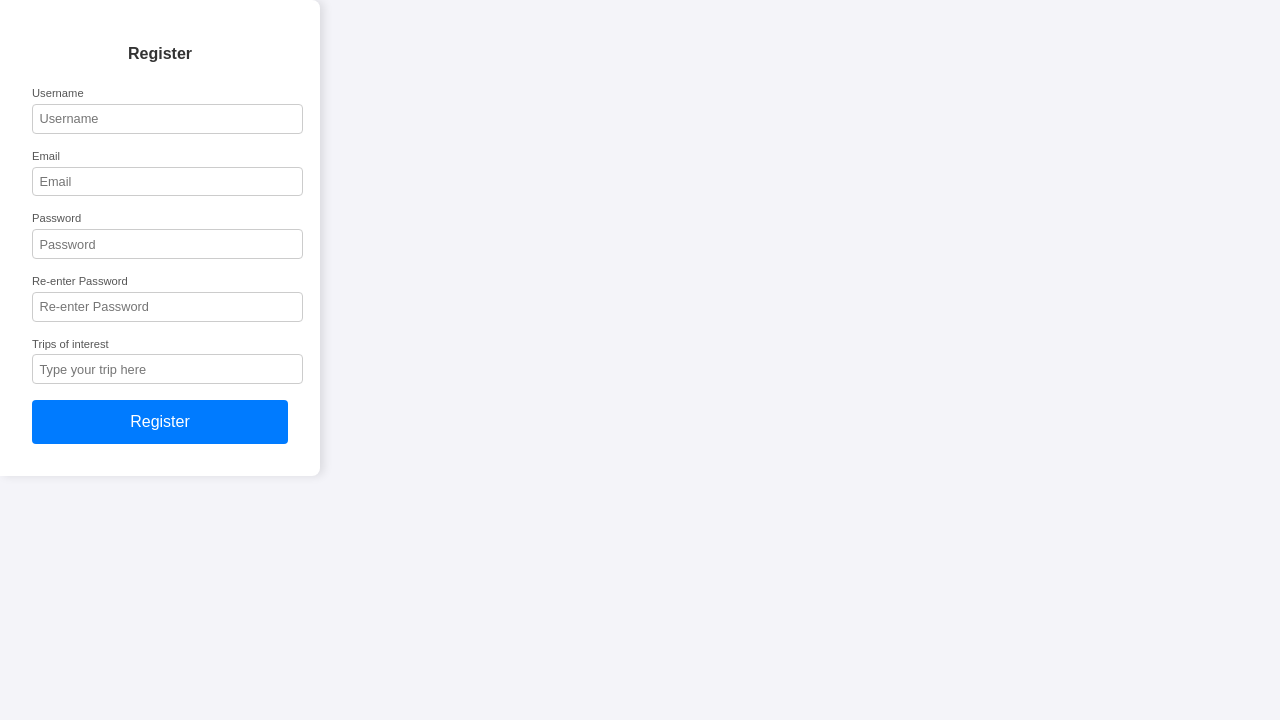
Repository: Nuttawut-Amattong/outtrip
Page: /register (app in OutTrip/)
These files come from the project's save history. The page is drawn as it stood at one moment and after the next save; the edit follows.
The browser window is 1280 px wide. The pictures show the whole page.
The project was rebuilt for these pictures with package versions that can differ from the ones it lists, and the page was loaded fresh each time. Also part of the build but not shown: OutTrip/vite.config.js, OutTrip/src/pages/Login.jsx, OutTrip/src/pages/Forgetpass.jsx.

Above is the page before, as saved 2025-05-19 00:55:24.

After the next save:
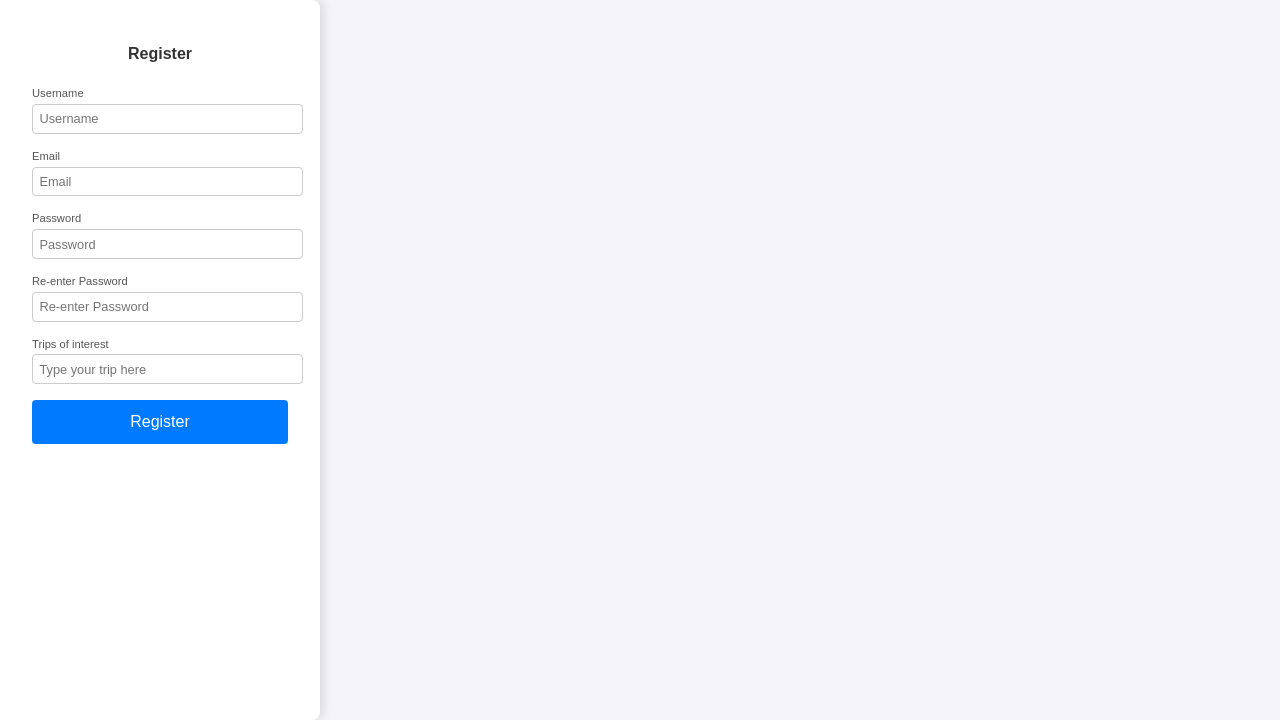
Saved 27 s later.
--- a/OutTrip/src/CSS/register.css
+++ b/OutTrip/src/CSS/register.css
@@ -9,15 +9,17 @@ body {
 .register-container {
     background-color: #ffffff;
     padding: 2rem;
-    border-radius: 0 8px 8px 0;
+    border-radius: 0 8px 8px 0; /* มุมโค้งแค่ขวาบน-ขวาล่าง */
     box-shadow: 4px 0 10px rgba(0, 0, 0, 0.1);
-    width: 100%;
-    max-width: 320px;
+    width: 320px;          /* fix กว้าง 320px */
+    height: 100vh;         /* ความสูงเต็มหน้าจอ */
     box-sizing: border-box;
-    position: absolute;
+    position: fixed;       /* ติดตำแหน่งคงที่ */
     left: 0;
     top: 0;
+    bottom: 0;             /* ติดด้านล่างจอ */
 }
+
 
 .register-container h2 {
     font-size: 1rem;
